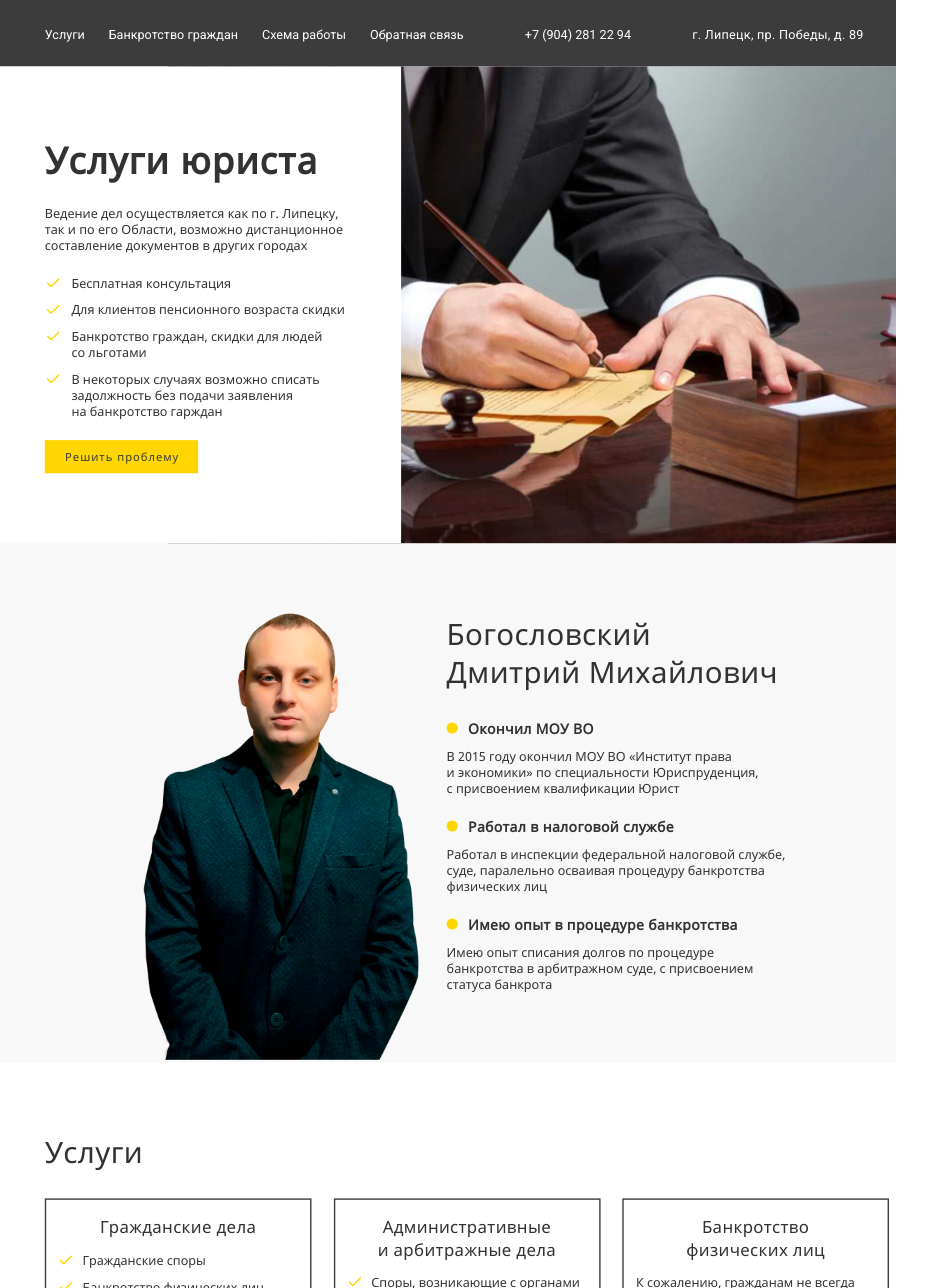
Repository: Nisovaki/antei
Page: http://localhost/
An editor plug-in stored every save of this project. The page is shown before and after the next save, followed by the edit.
The browser window is 1280 px wide. The page is 1337 px wide, so the pictures cover 1337 px, including what lies to the right of the window. The pictures show the part of the page from y = 0 to 1840 px (the page is 6193 px tall before and 6197 px after), at 70% of full size.
The page is run by PHP 8.4 with error messages shown; the project is at /var/www/html/. Style sheets and scripts are compiled from the project's sources, by tool versions that may differ from the author's.

Above is the page before, as saved 2022-03-23 16:46:36.
Console error: SyntaxError: Invalid or unexpected token

### index.html
<!DOCTYPE html>
<html lang="ru">
<head>
	<meta charset="UTF-8">
	<meta http-equiv="X-UA-Compatible" content="IE=edge">
	<meta name="viewport" content="width=1440"/>
	<link rel="stylesheet" href="css/style.css">
	<link rel="preconnect" href="https://fonts.googleapis.com">
	<link rel="preconnect" href="https://fonts.gstatic.com" crossorigin>
	<link href="https://fonts.googleapis.com/css2?family=Roboto&display=swap" rel="stylesheet">
	<title>Услуги юриста</title>
</head>
<body>
	<navbar class="navbar">
		<div class="container">
			<div class="navbar-block">
				<ul class="navbar-list">
					<li class="navbar-item"><a href="#" class="navbar-link"><a href="#header-anchor">Услуги</a></li>
					<li class="navbar-item"><a href="#" class="navbar-link"><a href="#smash-anchor">Банкротство граждан</a></li>
					<li class="navbar-item"><a href="#" class="navbar-link"><a href="#scheme-anchor">Схема работы</a></li>
					<li class="navbar-item"><a href="#" class="navbar-link"><a href="#feedback-anchor">Обратная связь</a></li>
				</ul>
				<div class="navbar-tel"><a href="tel:+79042812294" class="navbar-link">+7 (904) 281 22 94</a></div>
				<div class="navbar-address">г. Липецк, пр. Победы, д. 89</div>
			</div>
   </div>
	</navbar>

	<header class="header" id="header-anchor">
		<div class="container">
			<div class="header-block">
				<h1 class="header-block__title">Услуги юриста</h1>
				<div class="header-block__text">
					Ведение дел осуществляется как по г. Липецку, так и по его Области, возможно дистанционное составление документов
					в других городах
				</div>

				<ul class="header-block__list">
					<li class="icons header-block__item"><span class="icons__check"> Бесплатная консультация</span></li>
					<li class="icons header-block__item"><span class="icons__check"> Для клиентов пенсионного возраста скидки</span></li>
					<li class="icons header-block__item"><span class="icons__check"> Банкротство граждан, скидки для людей со&nbsp;льготами</span></li>
					<li class="icons header-block__item"><span class="icons__check"> В некоторых случаях возможно списать задолжность без подачи заявления на&nbsp;банкротство гарждан</span></li>
				</ul>

				<button class="button header__button interactivity">Решить проблему</button>
			</div>
		</div>
	</header>

	<section class="biography">
		<div class="container">
			<div class="author">
				<div class="author-img">
					<img src="img/biography/author.png" alt="Фотография: Богословский Дмитрий Михайлович" class="biography-author">
				</div>
				<div class="author-block">
					<h2 class="title biography-title">Богословский Дмитрий Михайлович</h2>
					<div class="biography-block">
						<div class="biography-subtitle"><span class="biography-subtitle__elipse"></span> Окончил МОУ ВО</div>
						<div class="biography-text">В 2015 году окончил МОУ ВО «Институт правa<br>и экономики» по специальности Юриспруденция,<br> с
							присвоением квалификации Юрист</div>
						<div class="biography-subtitle"><span class="biography-subtitle__elipse"></span> Работал в налоговой службе</div>
						<div class="biography-text">Работал в инспекции федеральной налоговой службе, суде, паралельно осваивая процедуру
							банкротства физических лиц</div>
						<div class="biography-subtitle"><span class="biography-subtitle__elipse"></span> Имею опыт в процедуре банкротства
						</div>
						<div class="biography-text">Имею опыт списания долгов по процедуре банкротства в арбитражном суде, с присвоением
							статуса банкрота</div>
					</div>
				</div>
			</div>
		</div>
	</section>

	<section class="services">
		<div class="container">
			<h2 class="title services__title">Услуги</h2>
			<div class="services-block">
				<div class="services-block__item">
					<h3 class="services-block__title">Гражданские дела</h3>
					<ul class="services-block__list">
						<li class="icons services-block__cell">Гражданские споры</li>
						<li class="icons services-block__cell">Банкротство физических лиц</li>
						<li class="icons services-block__cell">Жилищные и трудовые споры</li>
						<li class="icons services-block__cell">Споры по кредитам частичное списание (индивидуально)</li>
						<li class="icons services-block__cell">Страховые вопросы</li>
						<li class="icons services-block__cell">Возмещение морального вреда, (составление претензий, жалоб, исковых заявлений, представительство в суде)</li>
					</ul>
				</div>

				<div class="services-block__item">
					<h3 class="services-block__title">Административные и&nbsp;арбитражные дела</h3>
					<ul class="services-block__list">
						<li class="icons services-block__cell">Споры, возникающие с органами испольнительной власти</li>
						<li class="icons services-block__cell">Досудебный порядок регулирования</li>
						<li class="icons services-block__cell">Составление претензий, жалоб, искового заявления</li>
						<li class="icons services-block__cell">Ознакомление с материалами дела</li>
						<li class="icons services-block__cell">Представительство в судах</li>
					</ul>
				</div>

				<div class="services-block__item">
					<h3 class="services-block__title">Банкротство физических лиц</h3>
					<p class="services-block__text">К сожалению, гражданам не всегда удаётся своевременно погасить образовавшиеся задолженности<br> по многим причинам — потеря<br>
					работы, заболевание, требующее срочного лечения и т.д., однако<br> выход есть всегда, это Банкротство физичсекого лица</p>
					<a href="#smash-anchor" class="services-block__link">Узнать подробнее
						<img src="img/services/arrow.svg" alt="стрелка" class="services-block__img-1">
						<img src="img/services/arrow.svg" alt="стрелка" class="services-block__img-2">
					</a>
				</div>
			</div>
			<div class="services__wrapper">
				<button class="button services__button interactivity">Обратиться за помощью</button>
			</div>
		</div>
	</section>

	<section class="algorithm">
		<div class="container">
			<div class="algorithm-block">
				<div class="algorithm-block__item-1">
					<h2 class="title algorithm-block__title">Наш алгоритм действий</h2>
					<ol class="algorithm-block__list">
						<li class="algorithm-block__cell algorithm-block__cell-color"><div class="algorithm-block__element"></div> Изучение дела</li>
						<li class="algorithm-block__cell"><div class="algorithm-block__element"></div> Выработка стратегии</li>
						<li class="algorithm-block__cell"><div class="algorithm-block__element"></div> Претензионная работа</li>
						<li class="algorithm-block__cell"><div class="algorithm-block__element"></div> Подготовка пиьменной позиции</li>
						<li class="algorithm-block__cell"><div class="algorithm-block__element"></div> Наложение обеспечительных мер</li>
						<li class="algorithm-block__cell"><div class="algorithm-block__element"></div> Сбор доказательств</li>
						<li class="algorithm-block__cell"><div class="algorithm-block__element"></div> Представление интересов клиента в суде</li>
						<li class="algorithm-block__cell"> В случае обжалования решения суда первой инстанции — подготовка апелляционной и&nbsp;кассационной жалобы</li>
					</ol>
				</div>
				<div class="algorithm-block__item-2"><img src="img/algorithm/algorithm-img.jpg" alt="img: algorithm-block__img" class="algorithm-block__img"></div>
			</div>
		</div>
	</section>

	<section class="smash"  id="smash-anchor">
		<div class="container">
			<h2 class="title smash__title">Банкротство граждан</h2>
			<p class="smash__text">Это прозрачный и законный способ списания долгов (кредитов, займов, микрозаймов, долговых расписок) для гражданина,
			который регулируется Федеральным законом «О несостоятельности (банкротстве)»<br> от 26.10.2002 N 127-ФЗ (последняя редакция)</p>

			<div class="smash-wrapper">
				<div class="smash-wrapper__item smash-wrapper__item--indent-1">
					<div class="smash-wrapper__num">1</div>
					<div class="smash-wrapper__title">Консультация</div>
					<div class="smash-wrapper__text">Квалифицированные специалисты с многолетним опытом, помогают клиенту соориентироваться необходима ли для него процедура
					банкротства, каковы плюсы и минусы, есть ли ограничения,<br>каков предполагаемый результат на стадии<br> анализа.
  					</div>
				</div>

				<div class="smash-arrow__right"><img src="img/smash/arrow_right.svg" alt="arrow_right"></div>

				<div class="smash-wrapper__item smash-wrapper__item--indent-2">
					<div class="smash-wrapper__num">2</div>
					<div class="smash-wrapper__title">Составление перечьня докуметов</div>
					<div class="smash-wrapper__text">Составление необходимого перечьня документов, при необходимости восстановления справок, договоров, для предоставления
					юристу, при составлении Заявление о признании должника несостоятельным (банкротом), с пошаговым объяснением клиенту, для
					чего тот или иной абзац.
					</div>
				</div>

				<div class="smash-arrow__bottom"><img src="img/smash/arrow_bottom .svg" alt="arrow_bottom"></div>

				<div class="smash-wrapper__item smash-wrapper__item--indent-3">
					<div class="smash-wrapper__num">3</div>
					<div class="smash-wrapper__title">Подача заявления</div>
					<div class="smash-wrapper__text">Подача заявления в Арбитражный суд и представительство его интересов в суде по<br> данному делу, процедура списания долгов,
					при которой можно вздохнуть спокойно и<br> наслаждаться жизнью.
					</div>
				</div>
			</div>
			<!-- /.smash-wrapper -->
		</div>
		<!-- /. container -->
	</section>

	<section class="scheme" id="scheme-anchor">
		<div class="container">
			<h2 class="title scheme__title">Схема работы</h2>
			<div class="scheme-wrapper">
				<div class="scheme-wrapper__item">
					<div class="scheme-wrapper--dotted-1"></div>
					<div class="scheme-wrapper__num scheme-wrapper__num--color">1</div>
					<p class="scheme-wrapper__text">Оставьте заявку <br>или позвоните по номеру телефона</p>
				</div>
				<!-- /.scheme-wrapper__item -->
				<div class="scheme-wrapper__item">
					<div class="scheme-wrapper--dotted-2"></div>
					<div class="scheme-wrapper__num scheme-wrapper__num-2">2</div>
					<p class="scheme-wrapper__text">Бесплатно изучаю <br>ваши документы</p>
				</div>
				<!-- /.scheme-wrapper__item -->
				<div class="scheme-wrapper__item">
					<div class="scheme-wrapper--dotted-3"></div>
					<div class="scheme-wrapper__num scheme-wrapper__num-3">3</div>
					<p class="scheme-wrapper__text">Оцениваю ситуацию<br> и называю стоимость услуг</p>
				</div>
				<!-- /.scheme-wrapper__item -->
				<div class="scheme-wrapper__item">
					<div class="scheme-wrapper__num scheme-wrapper__num-4">4</div>
					<p class="scheme-wrapper__text">Заключаем сотрудничество и решаем проблему</p>
				</div>
				<!-- /.scheme-wrapper__item -->
			</div>
			<!-- /.scheme-wrapper -->
			<button class="button scheme__button interactivity">Оставить заявку</button>
		</div>
		<!-- /.container -->
	</section>
	<!-- /.scheme -->

	<section class="feedback" id="feedback-anchor">
		<div class="container">
			<div class="feedback-block">
				<div class="feedback-block__title">Обратная связь</div>
				<form action="send.php" method="post" class="feedback-form">
					<div class="feedback-input">
						<input type="text" placeholder="Ваше имя" class="feedback__input" name="name">
						<input type="text" placeholder="Электронная почта" class="feedback__input" name="email">
					</div>
					<textarea name="message" placeholder="Ваше сообщение" class="feedback__message"></textarea>
					<div class="feedback__wrapper">
						<input type="file" name="file" type="file" name="file" id="input__file" multiple class="feedback__file">
						<label for="input__file" class="feedback__file-button">
							<span class="feedback__file-button-text">
								<img class="feedback__img" src="img/feedback/file.svg" alt="файл">
								Загрузить файлы
							</span>
						</label>
					</div>
					<div class="feedback__agreemet">
						<input type="checkbox" id="checkbox-id" required>
						<label for="checkbox-id" class="feedback-checkbox"></label>
						<span class="feedback__text">Даю согласие на обработку персональных данных</span>
					</div>
					<button class="feedback__button interactivity">Отправить</button>
				</form>
			</div>
		</div>
	</section>

	<footer class="footer">
		<div class="footer-wrapper">
			<div class="footer-contacts">
				<h2 class="title footer__title">Контакты</h2>
				<div class="footer-contacts__item">
					<h3 class="footer-contacts__subtitle footer-contacts__subtitle--ml-1"><img src="img/footer/phone.svg" alt="icon: тефон" class="footer-contacts__icon-1">Номер телефона</h3>
					<a href="tel:+79042812294" class="footer-contacts__phone footer-contacts__phone--ml1">+7 (904) 281 22 94</a>
					<a href="tel:+79042812293" class="footer-contacts__phone footer-contacts__phone--ml2">+7 (904) 281 22 93</a>
					<div class="footer-contacts__block">
						<a href="#" target="_blank"><img src="img/footer/viber.svg" alt="icon: viber" class="footer-contacts__icon"></a>
						<a href="#" target="_blank"><img src="img/footer/watsapp.svg" alt="icon: watsapp" class="footer-contacts__icon"></a>
						<a href="#" target="_blank"><img src="img/footer/telegram.svg" alt="icon: telegram" class="footer-contacts__icon"></a>
					</div>
					<p class="footer-contacts__subtitle footer-contacts__subtitle--ml-2"><img src="img/footer/email.svg" alt="icon: email" class="footer-contacts__icon-2"> Электронная почта</p>
					<a href="mailto:adp48ru@mail.ru" class="footer-contacts__email">adp48ru@mail.ru</a>
					<h3 class="footer-contacts__subtitle footer-contacts__subtitle--ml-3 "><img src="img/footer/map.svg" alt="icon: адрес" class="footer-contacts__icon-3"> Адрес</h3>
					<p class="footer-contacts__text">г. Липецк, пр. Победы, д. 89, 2 этаж</p>
					<h3 class="footer-contacts__subtitle footer-contacts__subtitle--ml-4"><img src="img/footer/clock.svg" alt="icon: режим работы" class="footer-contacts__icon-4"> Часы работы</h3>
					<p class="footer-contacts__text">Будни с 09:00 до17:00, выходные с&nbsp;09:00 до 13:00 по записи</p>
				</div>
			</div>

			<div class="footer-map">
				<iframe
					src="https://yandex.ru/map-widget/v1/?um=constructor%3Af049fa27f5f24e2f09769be59e69710d96a1829caa47af4777a505bc581019e6&amp;source=constructor"
					width="100%" height="100%" frameborder="0"></iframe>
			</div>
		</div>


			<div class="footer-law">
				<div class="container">
					<p class="footer-law__text">© Все права защищены</p>
				</div>
			</div>
	</footer>

	<script src="js/jquery-3.6.0.min.js"></script>
	<script src="js/main.js"></script>
</body>
</html>

### sass/style.sass
@import "_normalize.scss"
@import "_variables.sass"
@import "_settings.sass"
@import "_fonts.scss"
@import "block/_navbar.sass"
@import "block/_header.sass"
@import "block/_biography.sass"
@import "block/_services.sass"
@import "block/_algorithm.sass"
@import "block/_smash.sass"
@import "block/_feedback.sass"
@import "block/_footer.sass"
@import "block/_scheme.sass"

### sass/_variables.sass
$dark: #3C3C3C
$light: #FFFFFF
$txt-color: #323232
$btn-color: #FFD600
$fon-color: #F8F8F8
$dashed-color: #BABABA

### sass/_settings.sass
*
	box-sizing: border-box
body
	font-family: "Noto Sans", sans-serif
	font-weight: 400
	color: $txt-color
img
	max-width: 100%
.container
	max-width: 1320px
	margin: auto
.icons
	list-style-image: url(../img/header/Vector.svg)
	&__check
		position: relative
		left: 10px
.button
	background-color: $btn-color
	border: 0px
	cursor: pointer
.title
	font-weight: 500
	font-size: 42px
	line-height: 130%
input[type="checkbox"]
	display: none
a
	text-decoration: none
	color: inherit

.interactivity
	display: inline-block
	color: $dark
	transition: all .8s
	position: relative
	overflow: hidden
	z-index: 1
	&:after
		content: ''
		position: absolute
		bottom: 0
		left: 0
		width: 100%
		height: 100%
		background-color: $btn-color
		z-index: -2
	&:before
		content: ''
		position: absolute
		bottom: 0
		left: 0
		width: 0%
		height: 100%
		background-color: darken($dark, 15%)
		transition: all .8s
		z-index: -1
	&:hover
		color: $btn-color
		&:before
			width: 100%
	&:active
		top: 2px
		// border: 2px solid	$btn-color

### sass/_fonts.scss
@font-face {
  font-family: "Noto Sans bold";
  src: url("../fonts/NotoSans-Bold.woff2") format("woff2"),
    url("../fonts/NotoSans-Bold.woff") format("woff");
  font-weight: bold;
  font-style: normal;
  font-display: swap;
}

@font-face {
  font-family: "Noto Sans";
  src: url("../fonts/NotoSans.woff2") format("woff2"),
    url("../fonts/NotoSans.woff") format("woff");
  font-weight: normal;
  font-style: normal;
  font-display: swap;
}

### sass/block/_navbar.sass
.navbar
	display: block
	font-family: 'Roboto', sans-serif
	background-color: $dark
	color: $light
	padding: 37px 0 35px 0
	font-size: 18px
	line-height: 130%
	&-block
		display: flex
		justify-content: space-between
		margin-left: 5%
	&-list
		display: flex
		justify-content: space-between
		align-items: center
		margin: 0
		padding: 0
		flex-basis: 49.2%
	&-item
		list-style: none
	&-link
		color: inherit
		text-decoration: none
	&-address
		margin-right: 3.8%
		letter-spacing: 0.4px

### sass/block/_header.sass
.header
	padding: 100px 0
	background: url(../img/header/fon-img.jpg)
	background-repeat: no-repeat
	background-size: contain
	background-position: center right
	position: relative
	&::before
		content: ''
		width: 44.8%
		height: 100%
		position: absolute
		top: 0
		left: 0
		background-color: #ffffff
	&-block
		width: 45%
		position: relative
		margin-right: 50px
		margin-left: 5%
		&__list
			margin: 0
			padding: 0
			padding-left: 28px
		&__text
			width: 430px
			font-size: 18px
			line-height: 129%
			margin-bottom: 30px
		&__item
			margin-bottom: 15px
			width: 405px
			font-size: 18px
			line-height: 128%
		&__title
			font-weight: 600
			font-size: 52px
			line-height: 130%
			margin: 0
			margin-bottom: 30px
			letter-spacing: 1.5px
	&__button
		margin-top: 15px
		padding: 14px 27px 15px 29px
		letter-spacing: 1.4px
		&:focus
			border: 2px solid $btn-color

### sass/block/_biography.sass
.biography
	padding-top: 100px
	background-color: $fon-color
	&-title
		letter-spacing: 0.6px
		width: 475px
		margin: 0
		margin-bottom: 40px
		margin-top: 2px
	&-subtitle
		font-weight: 600
		font-size: 20px
		line-height: 130%
		margin-bottom: 15px
		letter-spacing: 0.5px
		&__elipse
			display: inline-block
			width: 16px
			height: 16px
			background-color: $btn-color
			border-radius: 50%
			margin-right: 9px
	&-text
		font-size: 18px
		line-height: 128%
		width: 487px
		margin-bottom: 30px
.author
	display: flex
	justify-content: flex-end
	&-img
		flex-basis: 49.5%
		margin-left: 184px
	&-block
		flex-basis: 70%

### sass/block/_algorithm.sass
.algorithm
    padding: 100px 0 70px 0
    background-color: $fon-color
    &-block
        display: flex
        position: relative
        &__item-1
            width: 515px
            margin-left: 12.8%
        &__title
            width: 382px
            display: inline-block
            margin: 0
            margin-bottom: 40px
            letter-spacing: 0.5px
        &__cell-color
            &::before
                background-color: $btn-color
        &__element
            position: absolute
            top: 33px
            left: 17px
            width: 0px
            height: 34px
            border: 1px dashed $dashed-color
        &__img
            max-width: inherit
ol
    list-style: none
    width: 445px
    font-size: 17px
    font-weight: 400
    padding: 0
    margin: 0
    li
        counter-increment: num
        margin: 0
        padding: 7px 0 35px 44px
        position: relative
        line-height: 125%
        letter-spacing: 0.5px
        &::marker
            display: none
        &::before
            content: counter(num)
            display: inline-block
            position: absolute
            top: 0
            left: 0
            background: #fff
            color: $dark
            text-align: center
            font-size: 18px
            padding: 6px 10px 3px 10px
            border: 1px solid $btn-color
            border-radius: 50%

### sass/block/_smash.sass
.smash
    position: relative
    padding-top: 340px
    padding-bottom: 325px
    &__title
        margin: 0
        margin-bottom: 40px
        width: 382px
        letter-spacing: 0.5px
        margin-left: 5%
    &__text
        width: 485px
        font-style: normal
        font-weight: 400
        font-size: 18px
        line-height: 128%
        margin-left: 5%
    &-wrapper
        &__item
            position: relative
            width: 485px
            border: 2px solid $dark
            padding: 22px 13px 22px 19px
            &--indent-1
                position: absolute
                top: 98px
                right: 354px
            &--indent-2
                position: absolute
                right: 148px
                top: 367px
            &--indent-3
                position: absolute
                top: 636px
                right: 354px
        &__num
            position: absolute
            top: -19px
            left: -19px
            background-color: $btn-color
            border-radius: 50%
            padding: 5px 12px 5px 12px
            font-size: 18px
            line-height: 130%
            font-family: "Noto Sans"
        &__title
            font-weight: bold
            font-size: 20px
            line-height: 130%
            margin-bottom: 20px
            letter-spacing: -0.5px
        &__text
            width: 450px
            font-size: 17px
            line-height: 137%
            font-weight: 400
            letter-spacing: 0.2px
    &-arrow
        &__right
            position: absolute
            top: 113px
            right: 634px
        &__bottom
            position: absolute
            top: 521px
            right: 632px
            z-index: 1

Loaded but not shown: sass/_normalize.scss (common file); js/jquery-3.6.0.min.js (library); img/smash/arrow_right.svg (3 lines, source omitted); img/smash/arrow_bottom .svg (3 lines, source omitted); img/footer/viber.svg (4 lines, source omitted); img/footer/email.svg (11 lines, source omitted); img/footer/clock.svg (4 lines, source omitted); img/footer/map.svg (4 lines, source omitted); img/footer/phone.svg (3 lines, source omitted); img/footer/watsapp.svg (4 lines, source omitted); img/footer/telegram.svg (45 lines, source omitted); img/feedback/file.svg (3 lines, source omitted); img/header/Vector.svg (3 lines, source omitted); img/services/arrow.svg (3 lines, source omitted); js/main.js (15 lines, source omitted); sass/block/_feedback.sass (137 lines, source omitted); sass/block/_footer.sass (112 lines, source omitted); sass/block/_scheme.sass (69 lines, source omitted); sass/block/_services.sass (69 lines, source omitted)

After the next save:
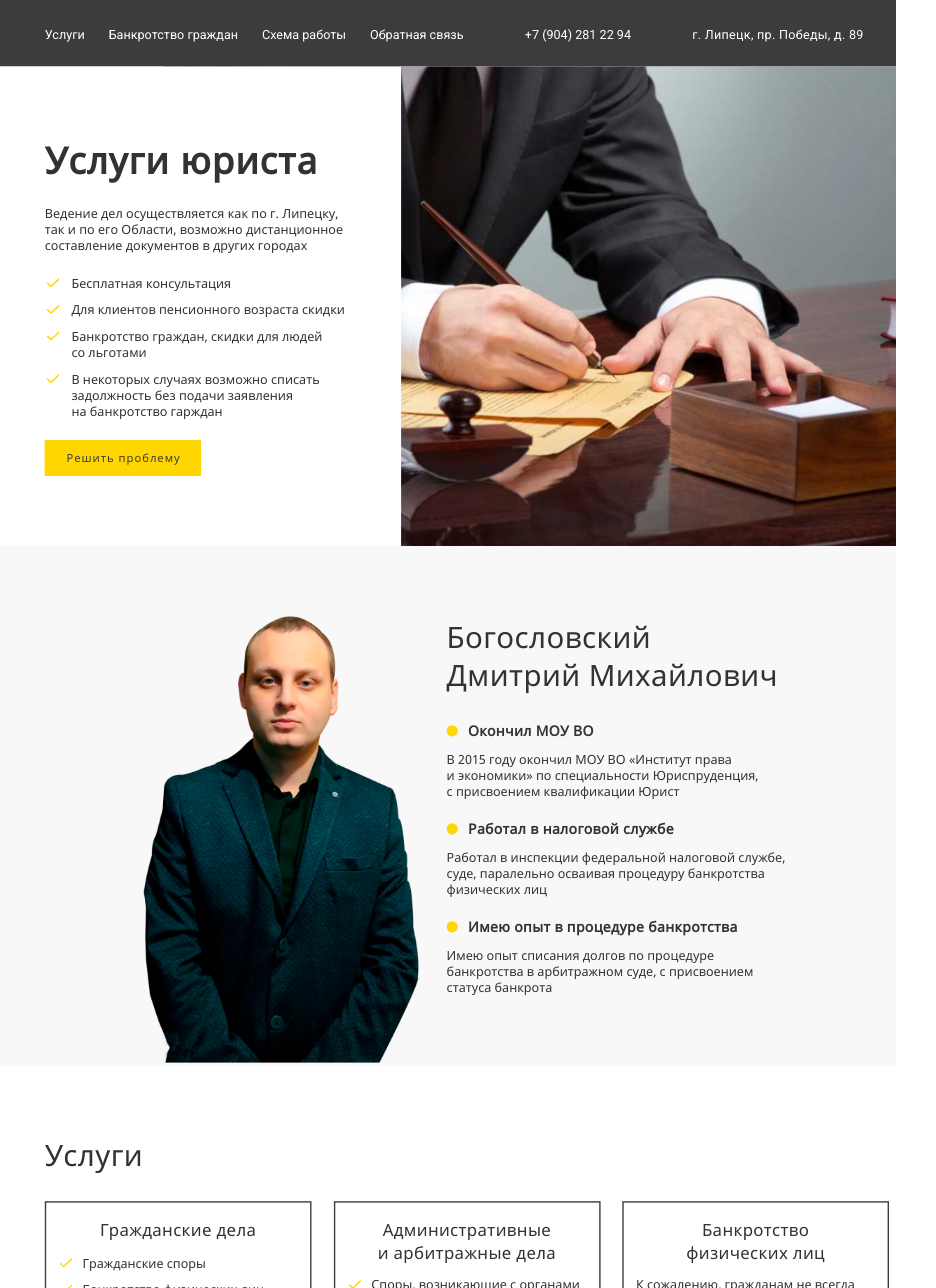
Saved 25 s later.
--- a/sass/block/_header.sass
+++ b/sass/block/_header.sass
@@ -42,6 +42,7 @@
 	&__button
 		margin-top: 15px
 		padding: 14px 27px 15px 29px
+		border: 2px solid $btn-color
 		letter-spacing: 1.4px
 		&:focus
 			border: 2px solid $btn-color
